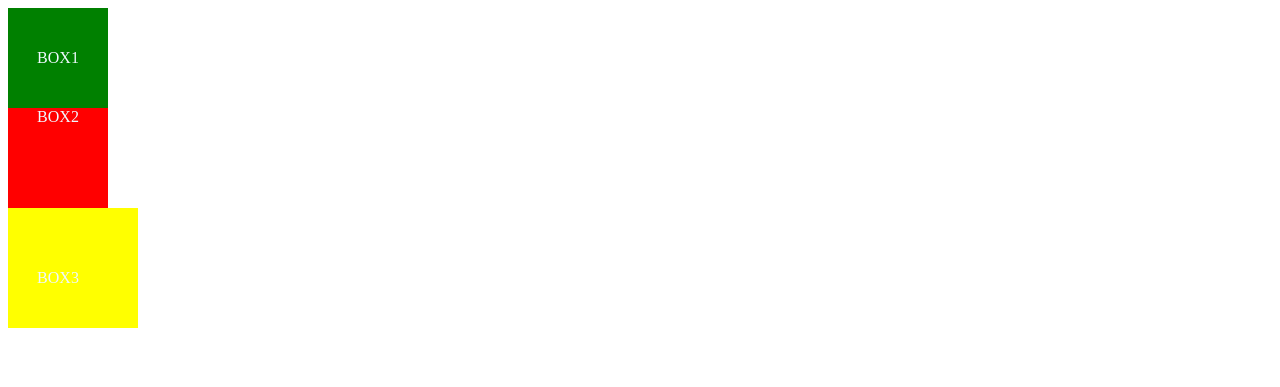
Repository: Ducspdn/WeTheBandF8
Page: html_learn_f8/padding.html
An editor plug-in stored every save of this project. The page is shown before and after the next save, followed by the edit.
The browser window is 1280 px wide. The pictures show the whole page.

Above is the page before, as saved 2023-01-12 20:10:50.

After the next save:
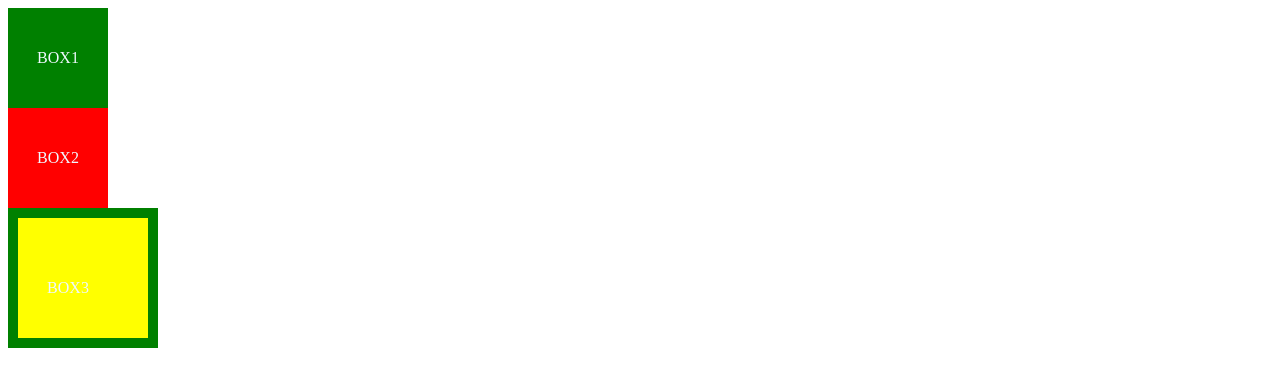
Saved 11 min 12 s later.
--- a/html_learn_f8/padding.html
+++ b/html_learn_f8/padding.html
@@ -3,15 +3,15 @@
     <head>
         <title>HELLO</title>
         <style>
-             /* .box{
+              .box{
                 width: 100px;
                 height: 100px;
                 color: aliceblue;
                 /* căn giữa chữ trong css */
-                /* display: flex;
+                 display: flex;
                 align-items: center;
-                justify-content: center; */
-             /* }  */
+                justify-content: center;
+              }
              .box1{
                 background: green;
                 width: 100px;
@@ -42,17 +42,17 @@
                 /* padding : đệm làm backgroud lớn hơn  */
                 padding-top: 20px;
                 padding-right: 30px;
-                margin-left: 0px;
-
+                /* boder : viền bao xung quanh các eletment, boder và padding làm tăng kich thước */
+                border: 10px solid green;
             }
 
         </style>
     </head>
     <body>
-        <!-- division : là thẻ dùng để nhóm nhiều phần tử trong html -->
-        <div class=" box1">BOX1</div>
-        <div class=" box2"> BOX2</div>
-        <div class=" box3">BOX3</div>
+        <!-- division : là thẻ dùng để nhóm nhiều phần tử trong html thành một khối để dễ dàng css -->
+        <div class=" box box1">BOX1</div>
+        <div class=" box box2"> BOX2</div>
+        <div class=" box box3">BOX3</div>
 
     </body>
 
